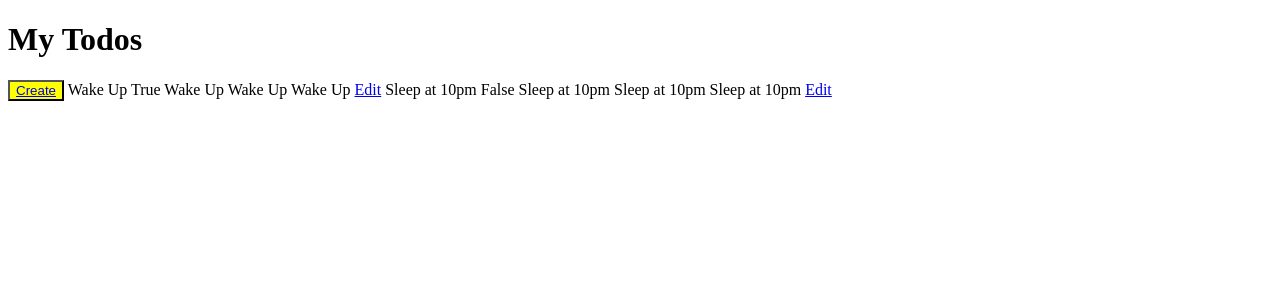
Repository: 99Ace/djangoLesson
Page: http://localhost/todos/
The author's editor kept a record of every edit. The page is drawn from the files as they stood at one moment, then again after the next edit.
The browser window is 1280 px wide. The pictures show the whole page.
The page is served by the project's application, run on Django 2.2 (manage.py). The page reads the database file committed with the project.

Above is the page before.

After the next edit:
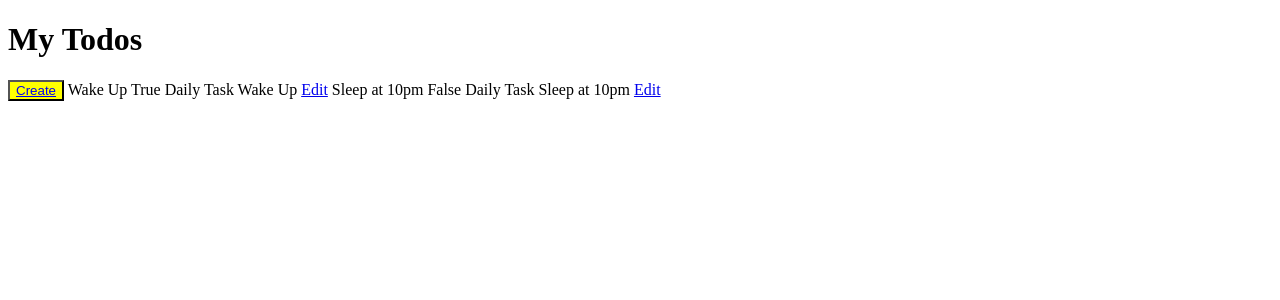
The edit:
--- a/todos/templates/todo.html
+++ b/todos/templates/todo.html
@@ -14,8 +14,8 @@
          <td>
              {{ i.name }}
              {{ i.done }}
-             {{ i.name }}
-             {{ i.name }}
+             {{ i.tag }}
+             {{ i.category }}
              {{ i.name }} <a href="edit/{{i.id}}">Edit</a>
          </td>
         {%endfor%}
